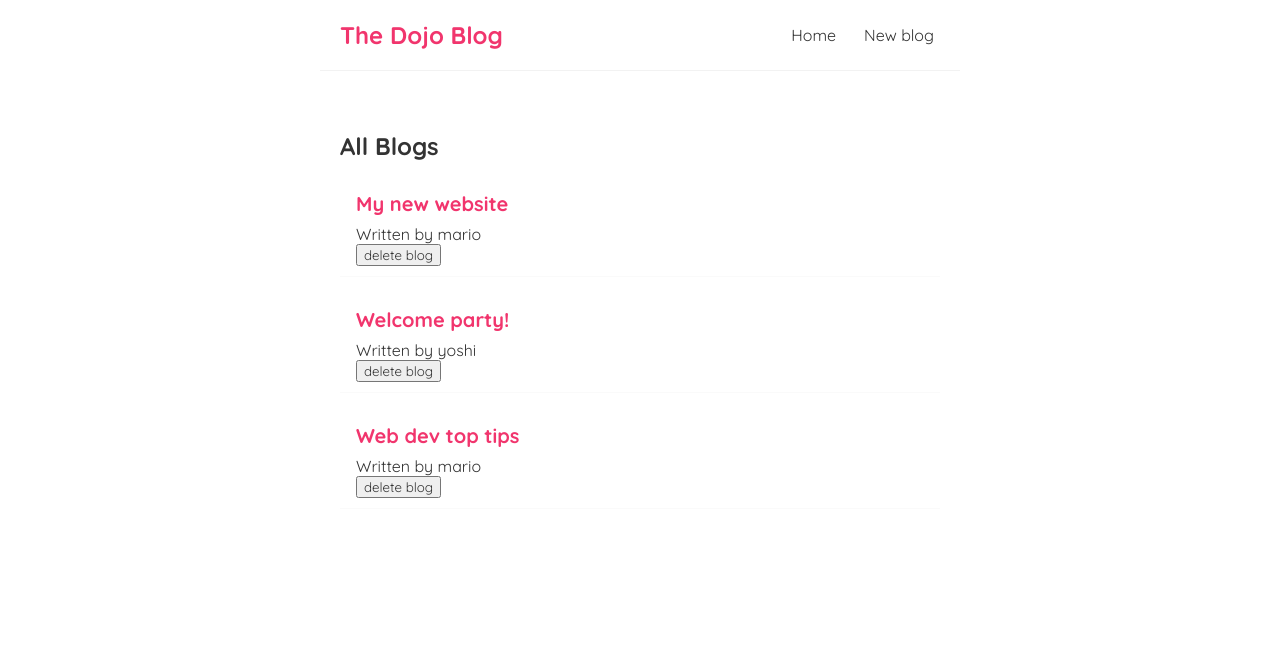
Repository: Samkiroko/full-reacr-ninja
Page: /
An editor plug-in stored every save of this project. The page is shown before and after the next save, followed by the edit.
The browser window is 1280 px wide. The pictures show the whole page.
The project was rebuilt for these pictures with package versions that can differ from the ones it lists, and the page was loaded fresh each time.

Above is the page before, as saved 2021-07-19 18:53:50.

### src/index.css
@import url('https://fonts.googleapis.com/css2?family=Quicksand:wght@300;400;500;600;700&display=swap');

/* base styles */

* {
    margin: 0;
    font-family: 'Quicksand';
    color: #333;
}

.navbar {
    padding: 20px;
    display: flex;
    align-items: center;
    max-width: 600px;
    margin: 0 auto;
    border-bottom: 1px solid #f2f2f2;
}

.navbar h1 {
    color: #f1356d;
}

.navbar .links {
    margin-left: auto;
}

.navbar a {
    margin-left: 16px;
    text-decoration: none;
    padding: 6px;
}

.navbar a:hover {
    color: #f1356d;
}

.content {
    max-width: 600px;
    margin: 40px auto;
    padding: 20px;
}


/* blog previews / list */

.blog-preview {
    padding: 10px 16px;
    margin: 20px 0;
    border-bottom: 1px solid #fafafa;
}

.blog-preview:hover {
    box-shadow: 1px 3px 5px rgba(0, 0, 0, 0.1);
}

.blog-preview h2 {
    font-size: 20px;
    color: #f1356d;
    margin-bottom: 8px;
}

### src/App.js
import Home from './Home'
import Navbar from './Navbar'

function App() {
  return (
    <div className='App'>
      <Navbar />
      <div className='content'>
        <Home />
      </div>
    </div>
  )
}

export default App

### src/Home.js
import { useState } from 'react'
import BlogList from './BlogList'

const Home = () => {
  const [blogs, setBlogs] = useState([
    { title: 'My new website', body: 'lorem ipsum...', author: 'mario', id: 1 },
    { title: 'Welcome party!', body: 'lorem ipsum...', author: 'yoshi', id: 2 },
    { title: 'Web dev top tips', body: 'lorem ipsum...', author: 'mario', id: 3 },
  ])

  const handleDelete = (id) => {
    const newBlogs = blogs.filter((blog) => blog.id !== id)
    setBlogs(newBlogs)
  }

  return (
    <div className='home'>
      <BlogList blogs={blogs} title='All Blogs' handleDelete={handleDelete} />
    </div>
  )
}

export default Home

### src/Navbar.js
import React from 'react'

const Navbar = () => {
  return (
    <nav className='navbar'>
      <h1>The Dojo Blog</h1>
      <div className='links'>
        <a href='/'>Home</a>

        <a href='/create'>New blog</a>
      </div>
    </nav>
  )
}

export default Navbar

### src/BlogList.js
const BlogList = ({ blogs, title, handleDelete }) => {
  return (
    <div className='blog-list'>
      <h2>{title}</h2>
      {blogs.map((blog) => (
        <div className='blog-preview' key={blog.id}>
          <h2>{blog.title}</h2>
          <p>Written by {blog.author}</p>
          <button onClick={() => handleDelete(blog.id)}>delete blog</button>
        </div>
      ))}
    </div>
  )
}

export default BlogList

Loaded but not shown: public/index.html (common file); src/index.js (common file)

After the next save:
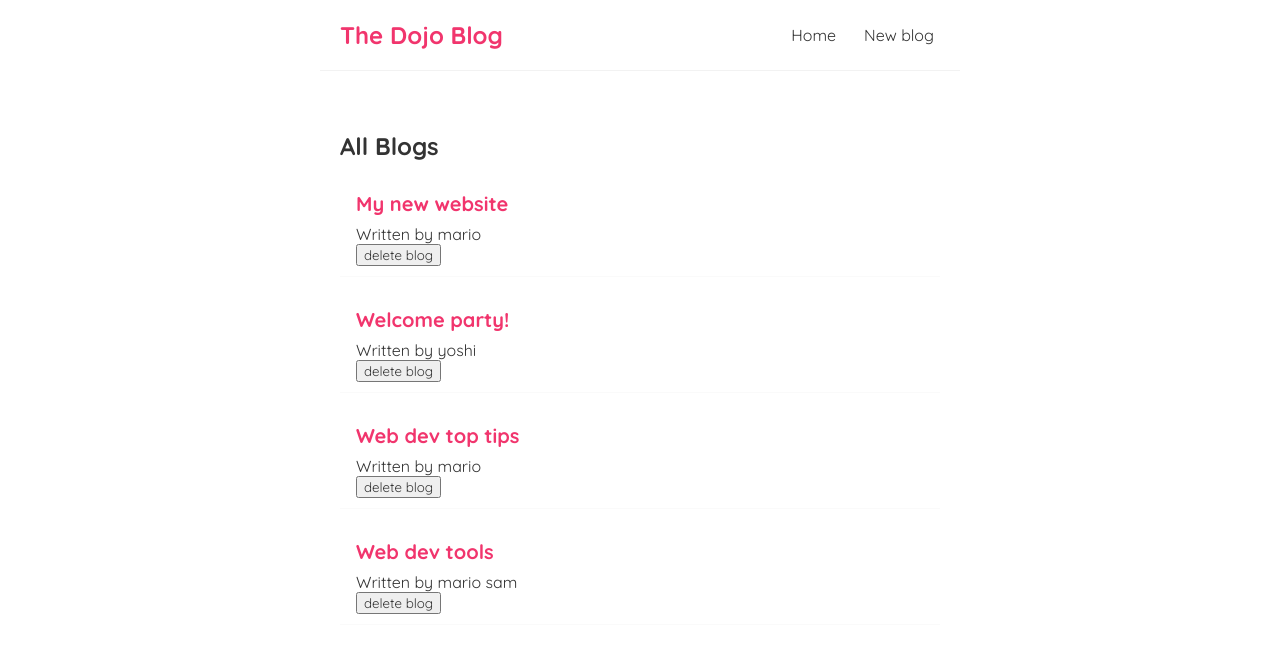
Saved 94 s later.
--- a/src/Home.js
+++ b/src/Home.js
@@ -6,6 +6,7 @@ const Home = () => {
     { title: 'My new website', body: 'lorem ipsum...', author: 'mario', id: 1 },
     { title: 'Welcome party!', body: 'lorem ipsum...', author: 'yoshi', id: 2 },
     { title: 'Web dev top tips', body: 'lorem ipsum...', author: 'mario', id: 3 },
+    { title: 'Web dev tools', body: 'lorem ipsum...', author: 'mario sam', id: 4 },
   ])
 
   const handleDelete = (id) => {
